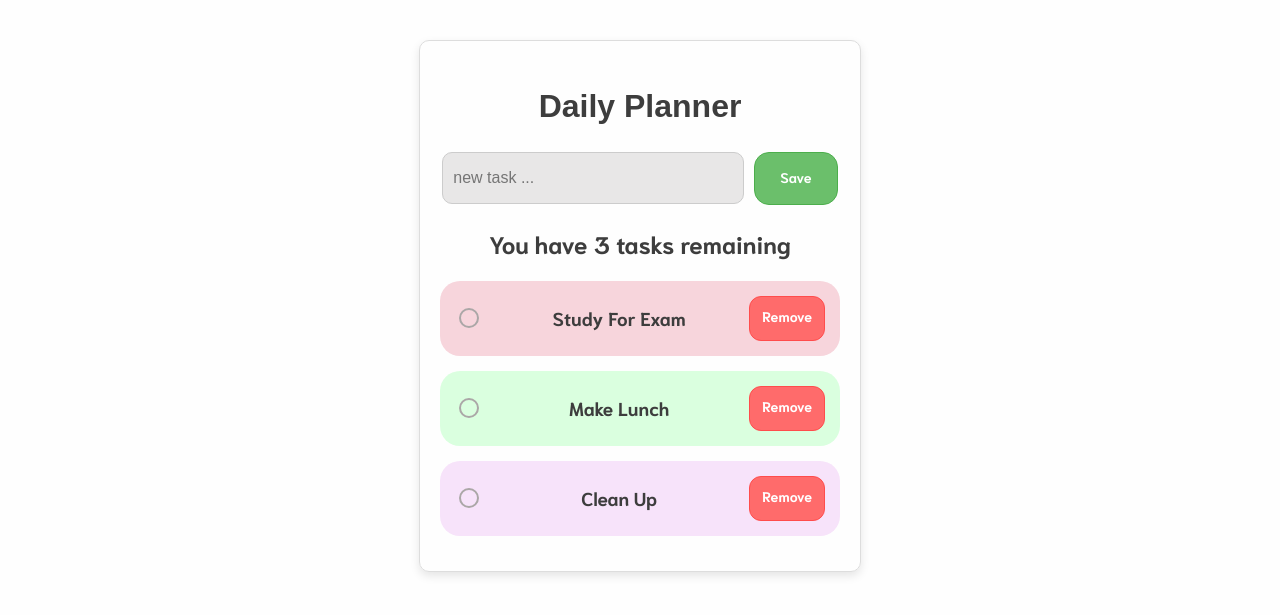
Repository: Zalida-Khan/Frontend-Lab4
Page: /
These files come from the project's save history. The page is drawn as it stood at one moment and after a run of saves; the edit follows.
The browser window is 1280 px wide. The pictures show the whole page.
Some web fonts or font styles are not loaded; a fallback is used. The project was rebuilt for these pictures with package versions that can differ from the ones it lists, and the page was loaded fresh each time. Also part of the build but not shown: vite.config.js.

Above is the page before, as saved 2024-10-22 22:17:30.

### index.html
<!doctype html>
<html lang="en">

<head>
  <meta charset="UTF-8" />
  <link rel="icon" type="image/svg+xml" href="/vite.svg" />
  <meta name="viewport" content="width=device-width, initial-scale=1.0" />
  <title>Day Planner</title>
</head>

<body>
  <div id="root"></div>
  <script type="module" src="/src/main.jsx"></script>
</body>

</html>

### src/App.jsx
import "./App.css";
import React, { useState } from "react";
import Task from "./components/Task";
import TaskForm from "./components/TaskForm";

function App() {
  const [tasks, setTasks] = useState([
    { id: 1, text: "Study For Exam", completed: false },
    { id: 2, text: "Make Lunch", completed: false },
    { id: 3, text: "Clean Up", completed: false },
  ]);

  const addTask = (text) =>
    setTasks([...tasks, { id: Date.now(), text, completed: false }]);

  const toggleTask = (id) =>
    setTasks(
      tasks.map((task) =>
        task.id === id ? { ...task, completed: !task.completed } : task
      )
    );

  const removeTask = (id) => setTasks(tasks.filter((task) => task.id !== id));

  const remainingTasks = tasks.filter((task) => !task.completed).length;

  return (
    <div className="app">
      <header>
        <h1>Daily Planner</h1>
      </header>
      <TaskForm addTask={addTask} />
      <h2>
        You have {remainingTasks}{" "}
        {remainingTasks === 1 ? "task" : "tasks"} remaining
      </h2>
      <div className="task-list">
        {tasks.map((task) => (
          <Task
            key={task.id}
            task={task}
            toggleTask={toggleTask}
            removeTask={removeTask}
          />
        ))}
      </div>
    </div>
  );
}

export default App;

### src/index.css
:root {
  font-family: Inter, system-ui, Avenir, Helvetica, Arial, sans-serif;
  line-height: 1.5;
  font-weight: 400;

  color-scheme: light dark;
  color: rgba(0, 0, 0, 0.87);
  background-color: #fefefe;

  font-synthesis: none;
  text-rendering: optimizeLegibility;
  -webkit-font-smoothing: antialiased;
  -moz-osx-font-smoothing: grayscale;
}

### src/App.css
@font-face {
  font-family: "Ruska";
  src: url("../fonts/RuskaDisplay-Regular.otf") format("opentype");
  font-weight: normal;
  font-style: normal;
}

@font-face {
  font-family: "Niramit";
  src: url("../fonts/Niramit-Bold.ttf") format("truetype");
  font-weight: normal;
  font-style: normal;
}

#root {
  max-width: 1280px;
  margin: 0 auto;
  padding: 2rem;
  text-align: center;
  font-family: "Niramit", sans-serif;
  color: #3d3d3d;
}

.app {
  width: 400px;
  margin: 0 auto;
  padding: 20px;
  font-family: "Niramit", sans-serif;
  border: 1px solid #ddd;
  border-radius: 10px;
  box-shadow: 0 4px 10px rgba(0, 0, 0, 0.1);
}

h1 {
  font-family: "Ruska", sans-serif;
  font-weight: 50px;
  color: #3d3d3d;
}

.task-list {
  margin-top: 20px;
}

.task {
  display: flex;
  align-items: center;
  justify-content: space-between;
  margin-bottom: 15px;
  padding: 15px;
  border-radius: 20px;
  font-family: "Niramit", sans-serif;
}

.task:nth-child(6n+1) {
  background-color: #f7d5dc;
}

.task:nth-child(6n+2) {
  background-color: #daffdf;
}

.task:nth-child(6n+3) {
  background-color: #f7e3fa;
}

.task:nth-child(6n+4) {
  background-color: #ffe5db;
}

.task:nth-child(6n+5) {
  background-color: #fafcd4;
}

.task:nth-child(6n) {
  background-color: #dde0fa;
}

.task h3 {
  margin: 0;
  flex-grow: 1;
  text-decoration: none;
  font-family: "Niramit", sans-serif;
}

.task.completed h3 {
  text-decoration: line-through 2px solid;
}

.checkmark {
  appearance: none;
  width: 20px;
  height: 20px;
  border-radius: 50%;
  border: 2px solid #aba7a7;
  background-color: transparent;
  display: flex;
  align-items: center;
  justify-content: center;
  cursor: pointer;
  margin-right: 10px;
}

.checkmark:checked {
  background-color: #c6eada;
  border: 2px solid #198754;
}

.checkmark:checked::after {
  content: '✔️';
  color: #3d3d3d;
}


.delete-btn {
  padding: 10px 12px;
  border-radius: 12px;
  padding-bottom: 15px;
  font-family: "Niramit", sans-serif;
  background-color: #ff6b6b;
  border: 1px solid #ff4c4c;
  color: white;
  cursor: pointer;
  font-size: 14px;
  transition: background-color 0.3s;
}

.delete-btn:hover {
  background-color: #ff4c4c;
}

.save-btn {
  padding: 15px 25px;
  border-radius: 15px;
  padding-bottom: 18px;
  background-color: #6bbf6b;
  border: 1px solid #4cae4c;
  font-family: "Niramit", sans-serif;
  color: white;
  cursor: pointer;
  font-size: 14px;
  transition: background-color 0.3s;
}

.save-btn:hover {
  background-color: #4cae4c;
}

.input-field {
  width: 70%;
  height: 30px;
  padding: 10px;
  border-radius: 10px;
  background-color: #e8e7e7;
  margin-right: 10px;
  border: 1px solid #ccc;
  font-size: 16px;
  outline: none;
  color: black;
  transition: border-color 0.3s;
}

.input-field:focus {
  border-color: #000000;
}

### src/components/Task.jsx
import React from 'react';

function Task({ task, toggleTask, removeTask }) {
  return (
    <div className={`task ${task.completed ? 'completed' : ''}`}>
      <input className="checkmark" type="checkbox" checked={task.completed} onChange={() => toggleTask(task.id)} />
      <h3>{task.text}</h3>
      <button className="delete-btn" onClick={() => removeTask(task.id)}>Remove</button>
    </div>
  );
}

export default Task;

### src/components/TaskForm.jsx
import React, { useState } from 'react';

function TaskForm({ addTask }) {
  const [text, setText] = useState('');

  const handleSubmit = (e) => {
    e.preventDefault();
    if (text.trim()) {
      addTask(text);
      setText('');
    }
  };

  return (
    <form onSubmit={handleSubmit}>
      <input className="input-field" type="text" value={text} onChange={(e) => setText(e.target.value)} placeholder="new task ..." />
      <button className="save-btn" type="submit">Save</button>
    </form>
  );
}

export default TaskForm;

Loaded but not shown: src/main.jsx (common file)

After the next 2 saves:
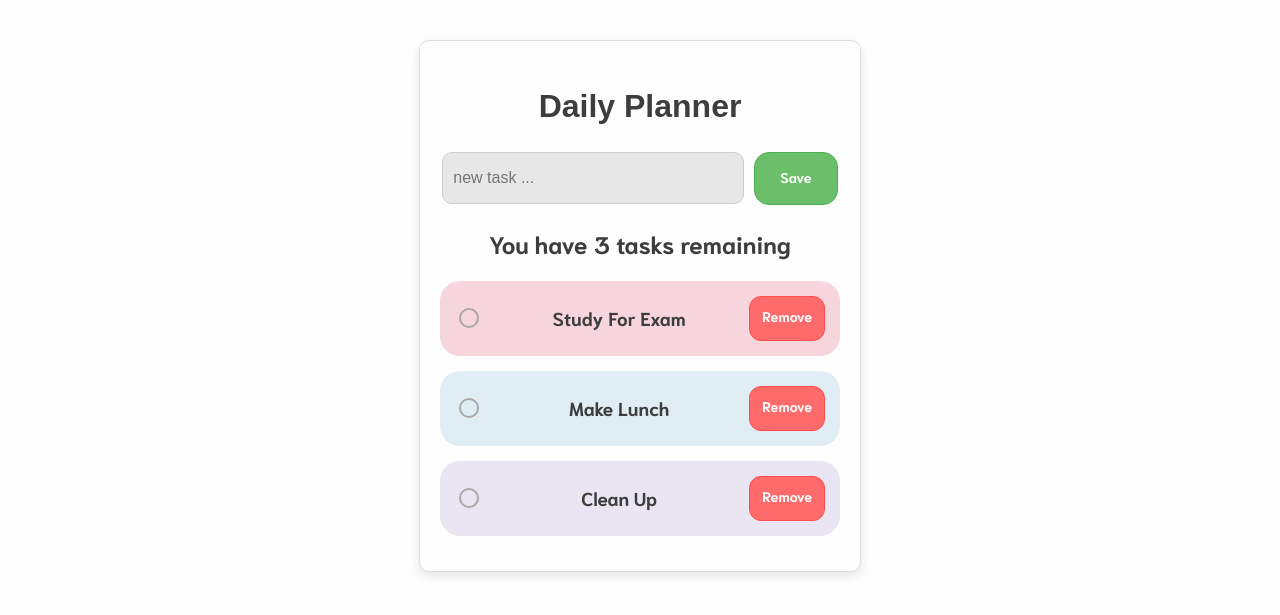
The 2 saves are shown as one change because they came seconds apart.
The last was saved 57 s later.
--- a/src/App.css
+++ b/src/App.css
@@ -55,24 +55,25 @@
   background-color: #f7d5dc;
 }
 
+
 .task:nth-child(6n+2) {
-  background-color: #daffdf;
+  background-color: #e0edf4;
 }
 
 .task:nth-child(6n+3) {
-  background-color: #f7e3fa;
+  background-color: #e9e5f3;
 }
 
 .task:nth-child(6n+4) {
-  background-color: #ffe5db;
+  background-color: #fbfbef;
 }
 
 .task:nth-child(6n+5) {
-  background-color: #fafcd4;
+  background-color: #f0f8e6;
 }
 
 .task:nth-child(6n) {
-  background-color: #dde0fa;
+  background-color: #feeef5;
 }
 
 .task h3 {

After the save that followed:
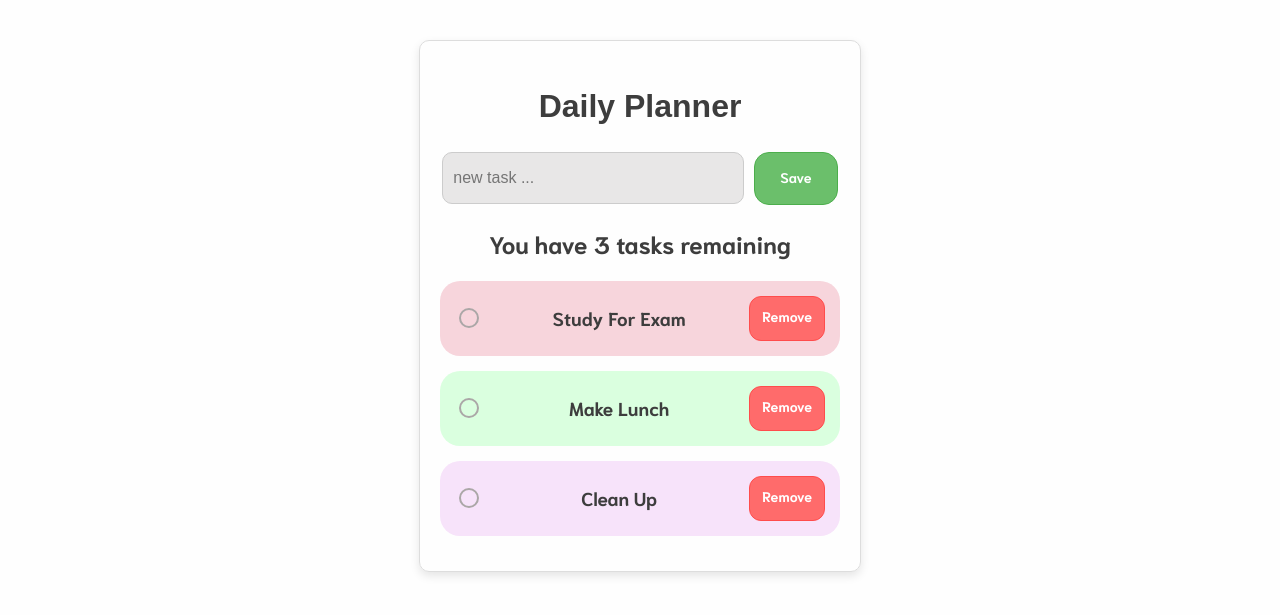
Saved 8 s later.
--- a/src/App.css
+++ b/src/App.css
@@ -55,25 +55,24 @@
   background-color: #f7d5dc;
 }
 
-
 .task:nth-child(6n+2) {
-  background-color: #e0edf4;
+  background-color: #daffdf;
 }
 
 .task:nth-child(6n+3) {
-  background-color: #e9e5f3;
+  background-color: #f7e3fa;
 }
 
 .task:nth-child(6n+4) {
-  background-color: #fbfbef;
+  background-color: #ffe5db;
 }
 
 .task:nth-child(6n+5) {
-  background-color: #f0f8e6;
+  background-color: #fafcd4;
 }
 
 .task:nth-child(6n) {
-  background-color: #feeef5;
+  background-color: #dde0fa;
 }
 
 .task h3 {
